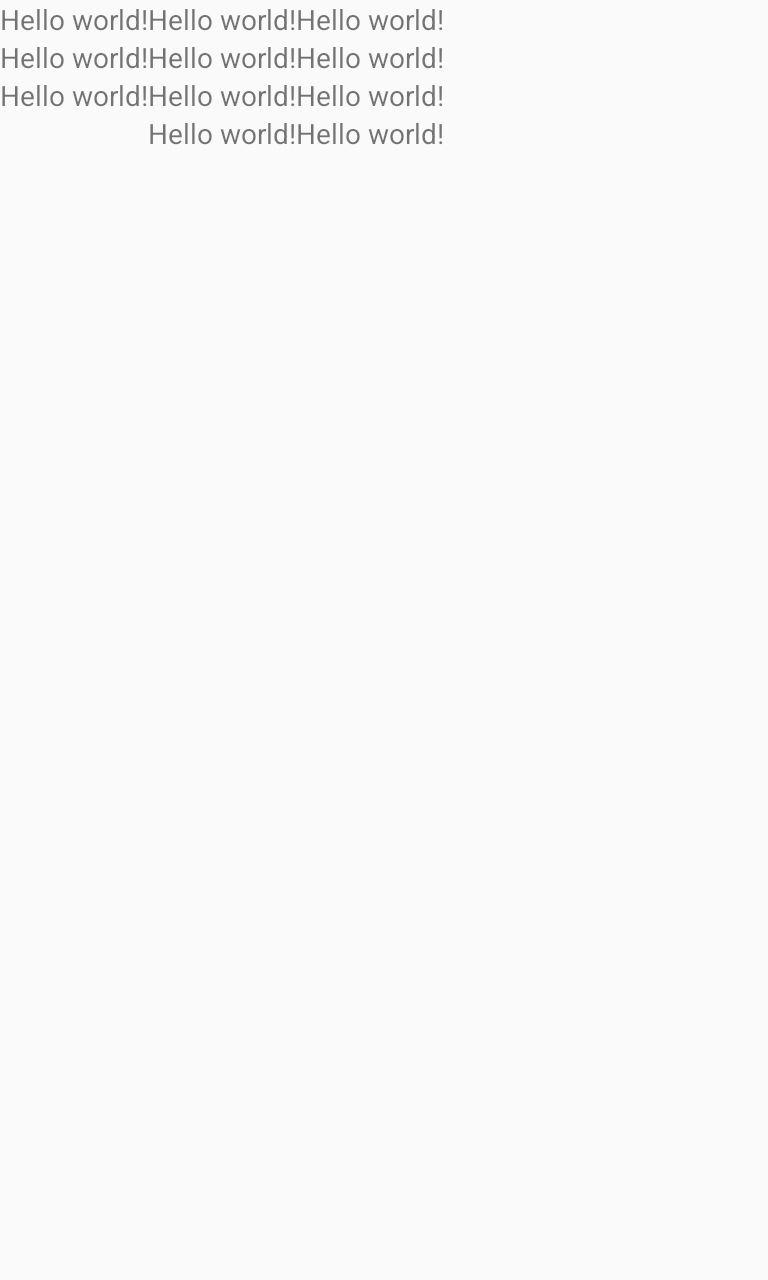
Repository: deyan-yosifov/Android
Layout: Workspace/BouncingBallGame/res/layout/activity_accelerometer_monitor.xml
The author's editor kept a copy of each file at every save. The layout is drawn from the files as they stood at one save, then again after the next save.
It is drawn on a 768 x 1280 px phone screen (xhdpi) without system bars, with theme AppTheme; the app's code is not run.

Above is the layout before, as saved 2015-01-03 16:38:00.

After the next save:
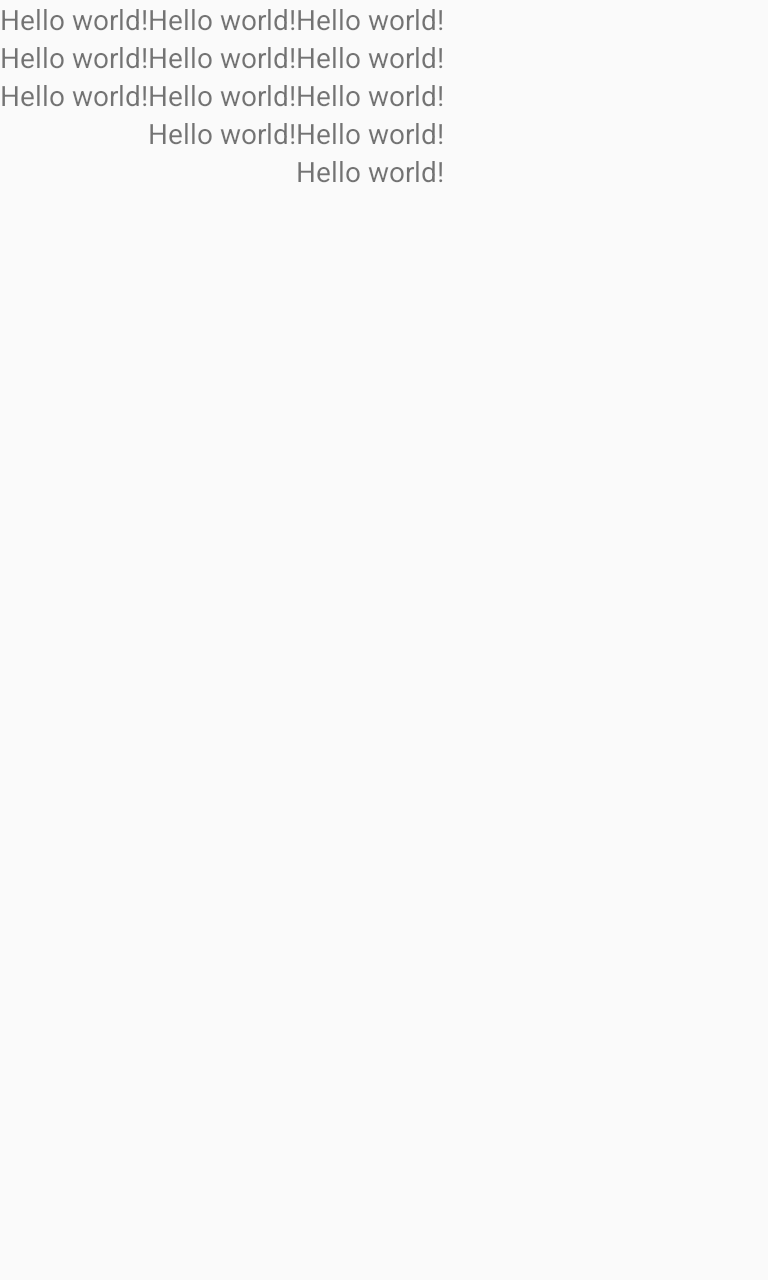
Saved 29 s later.
--- a/Workspace/BouncingBallGame/res/layout/activity_accelerometer_monitor.xml
+++ b/Workspace/BouncingBallGame/res/layout/activity_accelerometer_monitor.xml
@@ -83,6 +83,12 @@
 	    <TextView
 	        android:layout_width="wrap_content"
 	        android:layout_height="wrap_content"
+	        android:id="@+id/averageDeltaTime_textView"
+	        android:text="@string/hello_world" />
+
+	    <TextView
+	        android:layout_width="wrap_content"
+	        android:layout_height="wrap_content"
 	        android:id="@+id/minDeltaTime_textView"
 	        android:text="@string/hello_world" />
 
